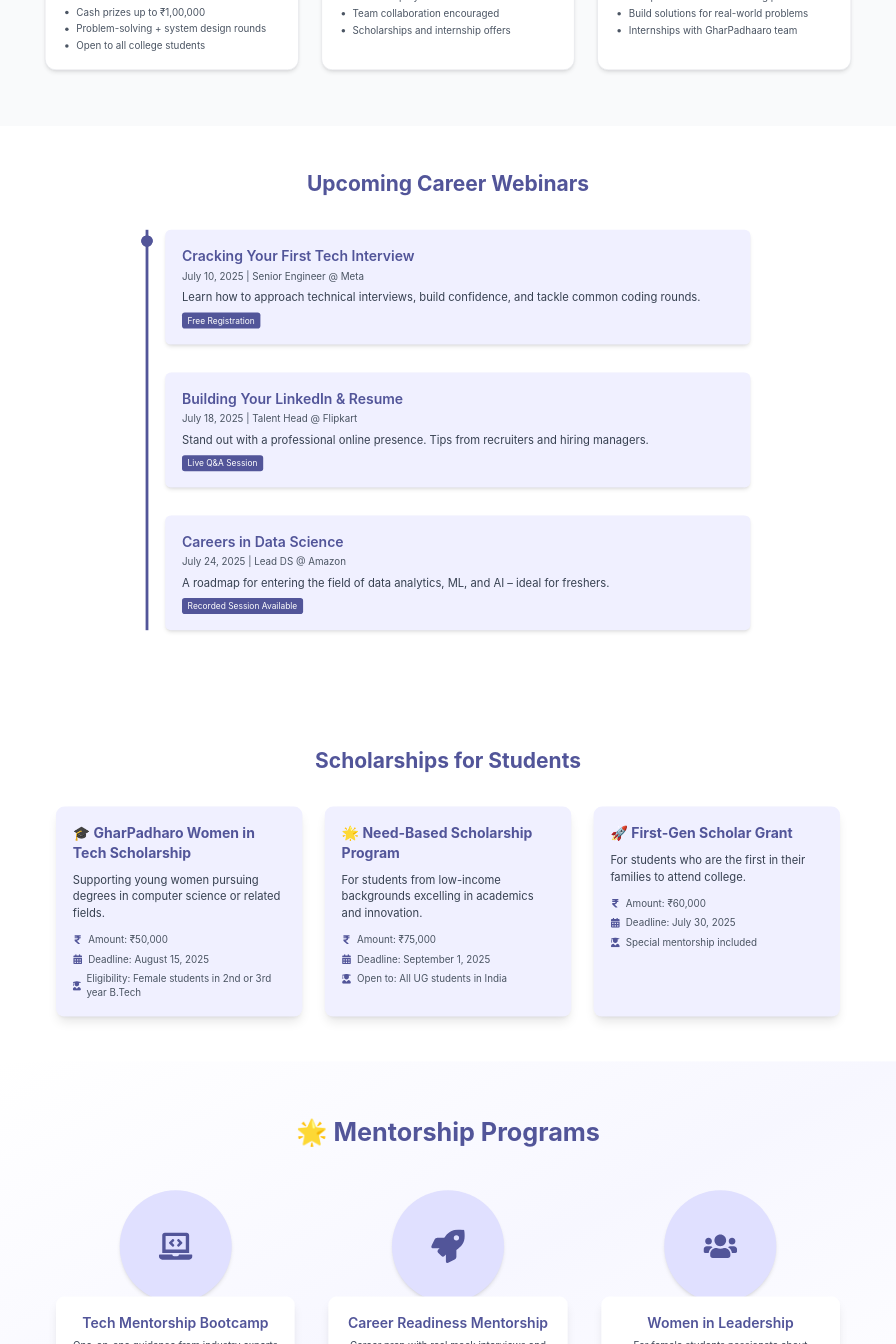
Repository: Siddharthkothiyal/GharPadhaaroCareerWebsite
Page: /#/students
These files come from the project's save history. The page is drawn as it stood at one moment and after the next save; the edit follows.
The browser window is 1280 px wide. The pictures show the part of the page from y = 3435 to 5355 px (the page is 6634 px tall before and 6655 px after), at 70% of full size.
The project was rebuilt for these pictures with package versions that can differ from the ones it lists, and the page was loaded fresh each time. Also part of the build but not shown: src/components/CareerPortal/JobListing/JobListings.css, src/components/CareerPortal/JobListing/JobListings.js, src/components/CareerPortal/Header.css, src/components/CareerPortal/ResumeUpload.css, src/components/CareerPortal/ResumeUpload.js, src/components/CareerPortal/Header.js, src/components/CareerPortal/JobListing/JobSearch.css, src/components/CareerPortal/JobListing/JobSearch.js and 10 more.

Above is the page before, as saved 2025-06-22 07:58:43.

### public/index.html
<!DOCTYPE html>
<html lang="en">

<head>
  <meta charset="utf-8" />
  <link rel="icon" href="%PUBLIC_URL%/favicon.ico" />
  <meta name="viewport" content="width=device-width, initial-scale=1" />
  <meta name="theme-color" content="#000000" />
  <meta name="description" content="GharPadharo - Find your perfect stay" />

  <!-- Font Awesome CDN (latest) -->
  <link rel="stylesheet" href="https://cdnjs.cloudflare.com/ajax/libs/font-awesome/6.5.2/css/all.min.css"
    integrity="sha512-SnH5WK+bZxgPHs44uWIX+LLJAJ9/2PkPKZ5QiAj6Ta86w+fsb2TkcmfRyVX3pBnMFcV7oQPJkl9QevSCWr3W6A=="
    crossorigin="anonymous" referrerpolicy="no-referrer" />

  <link rel="apple-touch-icon" href="%PUBLIC_URL%/logo192.png" />
  <title>GharPadharo</title>
</head>

<body>
  <noscript>You need to enable JavaScript to run this app.</noscript>
  <div id="root"></div>
  <!--
      This HTML file is a template.
      If you open it directly in the browser, you will see an empty page.

      You can add webfonts, meta tags, or analytics to this file.
      The build step will place the bundled scripts into the <body> tag.

      To begin the development, run `npm start` or `yarn start`.
      To create a production bundle, use `npm run build` or `yarn build`.
    -->
</body>

</html>

### src/index.css
@tailwind base;
@tailwind components;
@tailwind utilities;

/* You can keep your custom CSS below if needed */

body {
  margin: 0;
  font-family: -apple-system, BlinkMacSystemFont, 'Segoe UI', 'Roboto', 'Oxygen',
    'Ubuntu', 'Cantarell', 'Fira Sans', 'Droid Sans', 'Helvetica Neue',
    sans-serif;
  -webkit-font-smoothing: antialiased;
  -moz-osx-font-smoothing: grayscale;
}

code {
  font-family: source-code-pro, Menlo, Monaco, Consolas, 'Courier New',
    monospace;
}

### src/components/CareerPortal/CareerPortal.css
/* GharPadharo Career Portal Styles */
:root {
  --gharpadhaaro-blue: #0866ff;
  --gharpadhaaro-blue-dark: #0756d6;
  --gharpadhaaro-gray: #f0f2f5;
  --gharpadhaaro-text: #1c1e21;
  --gharpadhaaro-text-secondary: #65676b;
  --gharpadhaaro-white: #ffffff;
  --gharpadhaaro-border: #dadde1;
  --gharpadhaaro-success: #42b72a;
  --gharpadhaaro-error: #fa383e;
  --gharpadhaaro-shadow: rgba(0, 0, 0, 0.1);
  --gharpadhaaro-radius: 8px;
  --gharpadhaaro-transition: all 0.2s ease;
}

/* Global Styles */
.career-portal {
  font-family: 'Optimistic Display', -apple-system, BlinkMacSystemFont, 'Segoe UI', Roboto, Oxygen, Ubuntu, Cantarell, 'Open Sans', 'Helvetica Neue', sans-serif;
  color: var(--gharpadhaaro-text);
  line-height: 1.5;
  background-color: var(--gharpadhaaro-white);
}

.container {
  max-width: 1200px;
  margin: 0 auto;
  padding: 0 24px;
}

/* Hero Section */
.hero-section {
  background: linear-gradient(135deg, #0866ff 0%, #535699 100%);
  color: var(--meta-white);
  padding: 100px 0;
  text-align: center;
}

.hero-content {
  max-width: 800px;
  margin: 0 auto;
  padding: 0 24px;
}

.hero-content h1 {
  font-size: 48px;
  font-weight: 700;
  margin-bottom: 24px;
  line-height: 1.2;
}

.hero-content p {
  color: black;
  font-size: 20px;
  margin-bottom: 40px;
  margin-left: 70px;

}

/* Job Search Section */
.job-search-section {
  padding: 60px 0;
  background-color: var(--meta-white);
}

.filters-and-results {
  display: grid;
  grid-template-columns: 300px 1fr;
  gap: 30px;
}

/* Featured Teams Section */
.featured-teams-section {
  padding: 80px 0;
  background-color: var(--meta-gray);
}

.featured-teams-section h2 {
  font-size: 36px;
  font-weight: 700;
  margin-bottom: 16px;
  text-align: center;
}

.featured-teams-section p {
  font-size: 18px;
  color: var(--meta-text-secondary);
  max-width: 700px;
  margin: 0 auto 40px;
  text-align: center;
}

/* Buttons */
.btn {
  display: inline-flex;
  align-items: center;
  justify-content: center;
  padding: 12px 24px;
  border-radius: 0px;
  font-weight: 600;
  font-size: 16px;
  cursor: pointer;
  transition: var(--meta-transition);
  border: none;
}

.btn-primary {
  background-color: var(--meta-blue);
  color: var(--meta-white);
}

.btn-primary:hover {
  background-color: var(--meta-blue-dark);
}

.btn-secondary {
  background-color: var(--meta-gray);
  color: var(--meta-text);
  margin-left: 50px;
}

.btn-secondary:hover {
  background-color: #e4e6eb;
}

/* Form Elements */
.input-group {
  position: relative;
  margin-bottom: 16px;
}

.input-field {
  width: 100%;
  padding: 14px 16px;
  border-radius: var(--meta-radius);
  border: 1px solid var(--meta-border);
  font-size: 16px;
  transition: var(--meta-transition);
}

.input-field:focus {
  border-color: var(--meta-blue);
  outline: none;
  box-shadow: 0 0 0 2px rgba(8, 102, 255, 0.2);
}

/* Responsive */
@media (max-width: 992px) {
  .filters-and-results {
    grid-template-columns: 1fr;
  }

  .hero-content h1 {
    font-size: 36px;
  }

  .hero-content p {
    font-size: 18px;
  }
}

@media (max-width: 576px) {
  .hero-content h1 {
    font-size: 28px;
  }

  .hero-content p {
    font-size: 16px;
  }

  .featured-teams-section h2 {
    font-size: 28px;
  }
}

### src/components/Auth/Auth.css
/* Auth.css - Styles for Login and Signup components */

:root {
  --primary-color: #535699; /* GharPadharo blue */
  --secondary-color: #42B72A; /* GharPadharo green */
  --text-color: #1C1E21;
  --light-text: #606770;
  --error-color: #FA383E;
  --border-color: #DADDE1;
  --background-color: #F0F2F5;
  --card-background: #FFFFFF;
  --hover-color: #E7F3FF;
  --focus-shadow: 0 0 0 2px rgba(83, 86, 153, 0.2);
}

/* Auth Container */
.auth-container {
  display: flex;
  justify-content: center;
  align-items: center;
  min-height: 100vh;
  background-color: var(--background-color);
  padding: 20px;
}

/* Auth Card */
.auth-card {
  background-color: var(--card-background);
  border-radius: 8px;
  box-shadow: 0 2px 4px rgba(0, 0, 0, 0.1), 0 8px 16px rgba(0, 0, 0, 0.1);
  width: 100%;
  max-width: 400px;
  padding: 20px;
}

/* Auth Header */
.auth-header {
  text-align: center;
  margin-bottom: 20px;
}

.auth-logo {
  width: 40px;
  height: 40px;
  margin-bottom: 10px;
}

.auth-header h2 {
  font-size: 24px;
  font-weight: 600;
  color: var(--text-color);
  margin: 0;
}

.gharpadharo-logo{
  width: 60px;
  height: 60px;
}

/* Auth Form */
.auth-form {
  display: flex;
  flex-direction: column;
  gap: 16px;
}

.form-group {
  display: flex;
  flex-direction: column;
}

.form-group label {
  font-size: 14px;
  font-weight: 500;
  margin-bottom: 6px;
  color: var(--text-color);
}

.form-group input {
  padding: 12px 14px;
  border: 1px solid var(--border-color);
  border-radius: 6px;
  font-size: 16px;
  transition: border-color 0.2s, box-shadow 0.2s;
}

.form-group input:focus {
  outline: none;
  border-color: #535699;
  box-shadow: var(--focus-shadow);
}

.form-group input.error {
  border-color: var(--error-color);
}

.error-message {
  color: var(--error-color);
  font-size: 12px;
  margin-top: 4px;
}

/* Terms and Privacy */
.terms-privacy {
  font-size: 12px;
  color: 535699;
  margin-bottom: 10px;
  text-align: center;
}

.terms-privacy a {
  color: 535699;
  text-decoration: none;
}

.terms-privacy a:hover {
  text-decoration: underline;
}

/* Auth Button */
.auth-button {
  background-color: #535699;
  color: white;
  border: none;
  border-radius: 6px;
  padding: 12px;
  font-size: 16px;
  font-weight: 600;
  cursor: pointer;
  transition: background-color 0.2s;
  margin-top: 10px;
}

.auth-button:hover {
  background-color: #535699;
}

/* Auth Footer */
.auth-footer {
  margin-top: 20px;
  text-align: center;
}

.forgot-password {
  color: #535699;
  text-decoration: none;
  font-size: 14px;
  display: block;
  margin-bottom: 16px;
}

.forgot-password:hover {
  text-decoration: underline;
}

.auth-redirect {
  font-size: 14px;
  color: var(--light-text);
  margin: 0;
}

.auth-redirect a {
  color: #535699;
  text-decoration: none;
  font-weight: 500;
}

.auth-redirect a:hover {
  text-decoration: underline;
}

/* Responsive adjustments */
@media (max-width: 480px) {
  .auth-card {
    padding: 16px;
  }

  .auth-header h2 {
    font-size: 20px;
  }

  .form-group input {
    padding: 10px 12px;
    font-size: 14px;
  }

  .auth-button {
    padding: 10px;
    font-size: 14px;
  }
}

### src/components/CareerPortal/StudentsPage/sections/Webinars.js
import React from "react";

const Webinars = () => {
  return (
    <section className="py-16 bg-white">
      <div className="max-w-4xl mx-auto px-4">
        <h2 className="text-3xl font-bold text-center text-[#525599] mb-12">
          Upcoming Career Webinars
        </h2>

        <div className="relative border-l-4 border-[#525599]">
          {/* Webinar 1 */}
          <div className="mb-10 ml-6">
            <div className="absolute w-4 h-4 bg-[#525599] rounded-full -left-2.5 top-2"></div>
            <div className="bg-[#f0f0ff] p-6 rounded-lg shadow-md">
              <h3 className="text-xl font-semibold text-[#525599] mb-1">
                Cracking Your First Tech Interview
              </h3>
              <p className="text-sm text-gray-600 mb-2">July 10, 2025 | Senior Engineer @ Meta</p>
              <p className="text-gray-700 mb-2">
                Learn how to approach technical interviews, build confidence, and tackle common coding rounds.
              </p>
              <span className="text-xs bg-[#525599] text-white py-1 px-2 rounded">Free Registration</span>
            </div>
          </div>

          {/* Webinar 2 */}
          <div className="mb-10 ml-6">
            <div className="absolute w-4 h-4 bg-[#525599] rounded-full -left-2.5 top-2"></div>
            <div className="bg-[#f0f0ff] p-6 rounded-lg shadow-md">
              <h3 className="text-xl font-semibold text-[#525599] mb-1">
                Building Your LinkedIn & Resume
              </h3>
              <p className="text-sm text-gray-600 mb-2">July 18, 2025 | Talent Head @ Flipkart</p>
              <p className="text-gray-700 mb-2">
                Stand out with a professional online presence. Tips from recruiters and hiring managers.
              </p>
              <span className="text-xs bg-[#525599] text-white py-1 px-2 rounded">Live Q&A Session</span>
            </div>
          </div>

          {/* Webinar 3 */}
          <div className="mb-10 ml-6">
            <div className="absolute w-4 h-4 bg-[#525599] rounded-full -left-2.5 top-2"></div>
            <div className="bg-[#f0f0ff] p-6 rounded-lg shadow-md">
              <h3 className="text-xl font-semibold text-[#525599] mb-1">
                Careers in Data Science
              </h3>
              <p className="text-sm text-gray-600 mb-2">July 24, 2025 | Lead DS @ Amazon</p>
              <p className="text-gray-700 mb-2">
                A roadmap for entering the field of data analytics, ML, and AI – ideal for freshers.
              </p>
              <span className="text-xs bg-[#525599] text-white py-1 px-2 rounded">Recorded Session Available</span>
            </div>
          </div>
        </div>
      </div>
    </section>
  );
};

export default Webinars;

Loaded but not shown: src/index.js (common file); src/reportWebVitals.js (common file); src/App.css (common file); tailwind.config.js (common file); src/components/CareerPortal/StudentsPage/sections/Scholarships.js (81 lines, source omitted); src/components/CareerPortal/StudentsPage/sections/Internships.js (115 lines, source omitted); src/components/CareerPortal/StudentsPage/sections/FreshersJob.js (115 lines, source omitted); src/components/CareerPortal/StudentsPage/sections/Resources.js (81 lines, source omitted); src/components/CareerPortal/StudentsPage/sections/Mentorship.js (78 lines, source omitted); src/components/CareerPortal/StudentsPage/sections/FAQs.js (76 lines, source omitted); src/components/CareerPortal/StudentsPage/sections/Hackathons.js (63 lines, source omitted); src/components/CareerPortal/StudentsPage/sections/EarlyCareers.js (77 lines, source omitted); src/components/CareerPortal/StudentsPage/StudentsPage.js (70 lines, source omitted); src/App.js (49 lines, source omitted); src/components/LandingPage/LandingPage.css (411 lines, source omitted)

After the next save:
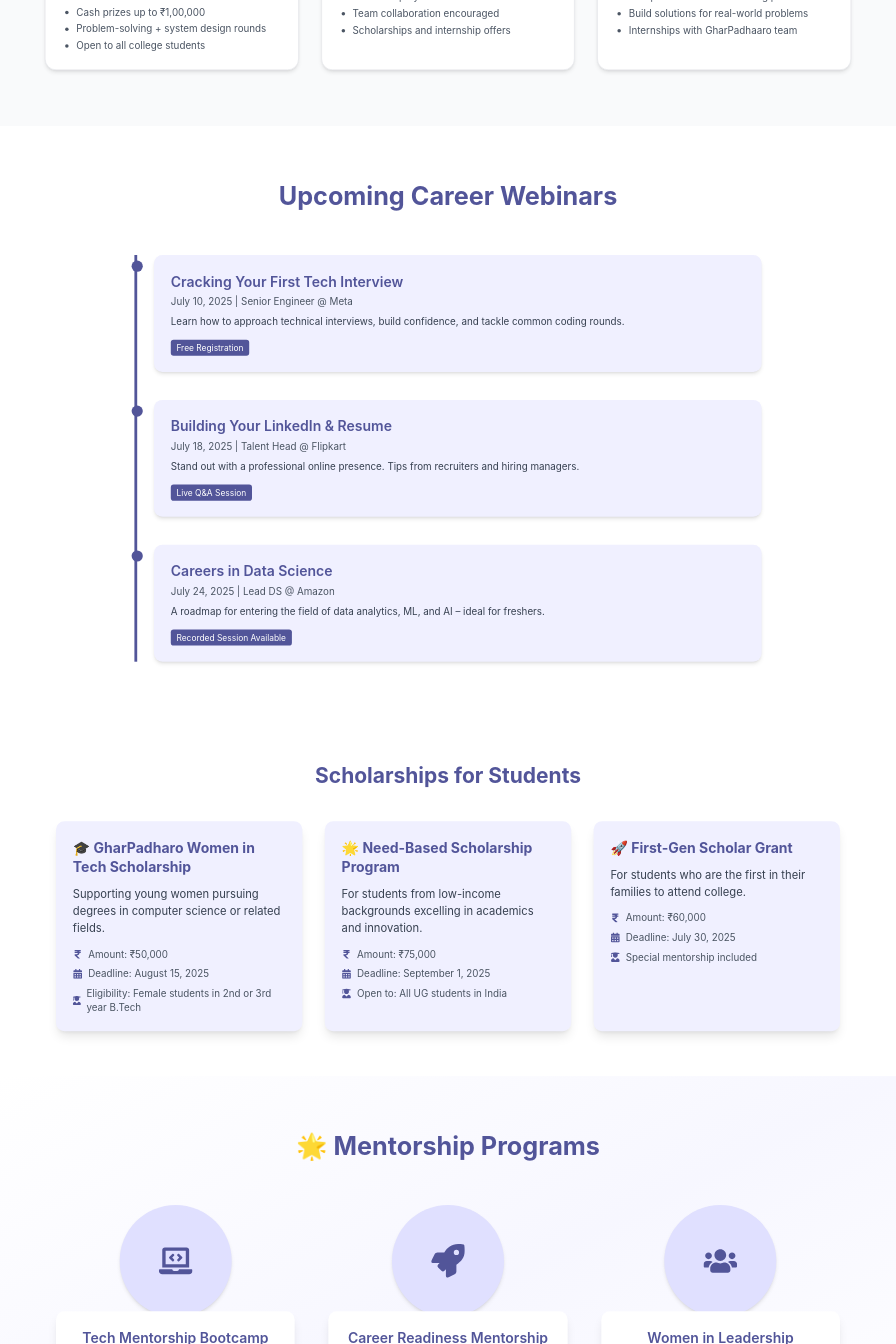
Saved 50 s later.
--- a/src/components/CareerPortal/StudentsPage/sections/Webinars.js
+++ b/src/components/CareerPortal/StudentsPage/sections/Webinars.js
@@ -2,60 +2,67 @@ import React from "react";
 
 const Webinars = () => {
   return (
-    <section className="py-16 bg-white">
-      <div className="max-w-4xl mx-auto px-4">
-        <h2 className="text-3xl font-bold text-center text-[#525599] mb-12">
-          Upcoming Career Webinars
-        </h2>
+    <section className="py-20 px-4 bg-white">
+  <div className="max-w-4xl mx-auto">
+    <h2 className="text-4xl font-bold text-center text-[#525599] mb-16">
+      Upcoming Career Webinars
+    </h2>
 
-        <div className="relative border-l-4 border-[#525599]">
-          {/* Webinar 1 */}
-          <div className="mb-10 ml-6">
-            <div className="absolute w-4 h-4 bg-[#525599] rounded-full -left-2.5 top-2"></div>
-            <div className="bg-[#f0f0ff] p-6 rounded-lg shadow-md">
-              <h3 className="text-xl font-semibold text-[#525599] mb-1">
-                Cracking Your First Tech Interview
-              </h3>
-              <p className="text-sm text-gray-600 mb-2">July 10, 2025 | Senior Engineer @ Meta</p>
-              <p className="text-gray-700 mb-2">
-                Learn how to approach technical interviews, build confidence, and tackle common coding rounds.
-              </p>
-              <span className="text-xs bg-[#525599] text-white py-1 px-2 rounded">Free Registration</span>
-            </div>
-          </div>
-
-          {/* Webinar 2 */}
-          <div className="mb-10 ml-6">
-            <div className="absolute w-4 h-4 bg-[#525599] rounded-full -left-2.5 top-2"></div>
-            <div className="bg-[#f0f0ff] p-6 rounded-lg shadow-md">
-              <h3 className="text-xl font-semibold text-[#525599] mb-1">
-                Building Your LinkedIn & Resume
-              </h3>
-              <p className="text-sm text-gray-600 mb-2">July 18, 2025 | Talent Head @ Flipkart</p>
-              <p className="text-gray-700 mb-2">
-                Stand out with a professional online presence. Tips from recruiters and hiring managers.
-              </p>
-              <span className="text-xs bg-[#525599] text-white py-1 px-2 rounded">Live Q&A Session</span>
-            </div>
-          </div>
-
-          {/* Webinar 3 */}
-          <div className="mb-10 ml-6">
-            <div className="absolute w-4 h-4 bg-[#525599] rounded-full -left-2.5 top-2"></div>
-            <div className="bg-[#f0f0ff] p-6 rounded-lg shadow-md">
-              <h3 className="text-xl font-semibold text-[#525599] mb-1">
-                Careers in Data Science
-              </h3>
-              <p className="text-sm text-gray-600 mb-2">July 24, 2025 | Lead DS @ Amazon</p>
-              <p className="text-gray-700 mb-2">
-                A roadmap for entering the field of data analytics, ML, and AI – ideal for freshers.
-              </p>
-              <span className="text-xs bg-[#525599] text-white py-1 px-2 rounded">Recorded Session Available</span>
-            </div>
-          </div>
+    <div className="relative border-l-4 border-[#525599] space-y-10">
+      {/* Webinar 1 */}
+      <div className="relative pl-6">
+        <div className="absolute w-4 h-4 bg-[#525599] rounded-full -left-2 top-2"></div>
+        <div className="bg-[#f0f0ff] p-6 rounded-xl shadow-md">
+          <h3 className="text-xl font-semibold text-[#525599] mb-1">
+            Cracking Your First Tech Interview
+          </h3>
+          <p className="text-sm text-gray-600 mb-2">July 10, 2025 | Senior Engineer @ Meta</p>
+          <p className="text-gray-700 text-sm mb-3 leading-relaxed">
+            Learn how to approach technical interviews, build confidence, and tackle common coding rounds.
+          </p>
+          <span className="text-xs bg-[#525599] text-white py-1 px-2 rounded">
+            Free Registration
+          </span>
         </div>
       </div>
-    </section>
+
+      {/* Webinar 2 */}
+      <div className="relative pl-6">
+        <div className="absolute w-4 h-4 bg-[#525599] rounded-full -left-2 top-2"></div>
+        <div className="bg-[#f0f0ff] p-6 rounded-xl shadow-md">
+          <h3 className="text-xl font-semibold text-[#525599] mb-1">
+            Building Your LinkedIn & Resume
+          </h3>
+          <p className="text-sm text-gray-600 mb-2">July 18, 2025 | Talent Head @ Flipkart</p>
+          <p className="text-gray-700 text-sm mb-3 leading-relaxed">
+            Stand out with a professional online presence. Tips from recruiters and hiring managers.
+          </p>
+          <span className="text-xs bg-[#525599] text-white py-1 px-2 rounded">
+            Live Q&A Session
+          </span>
+        </div>
+      </div>
+
+      {/* Webinar 3 */}
+      <div className="relative pl-6">
+        <div className="absolute w-4 h-4 bg-[#525599] rounded-full -left-2 top-2"></div>
+        <div className="bg-[#f0f0ff] p-6 rounded-xl shadow-md">
+          <h3 className="text-xl font-semibold text-[#525599] mb-1">
+            Careers in Data Science
+          </h3>
+          <p className="text-sm text-gray-600 mb-2">July 24, 2025 | Lead DS @ Amazon</p>
+          <p className="text-gray-700 text-sm mb-3 leading-relaxed">
+            A roadmap for entering the field of data analytics, ML, and AI – ideal for freshers.
+          </p>
+          <span className="text-xs bg-[#525599] text-white py-1 px-2 rounded">
+            Recorded Session Available
+          </span>
+        </div>
+      </div>
+    </div>
+  </div>
+</section>
+
   );
 };
 
